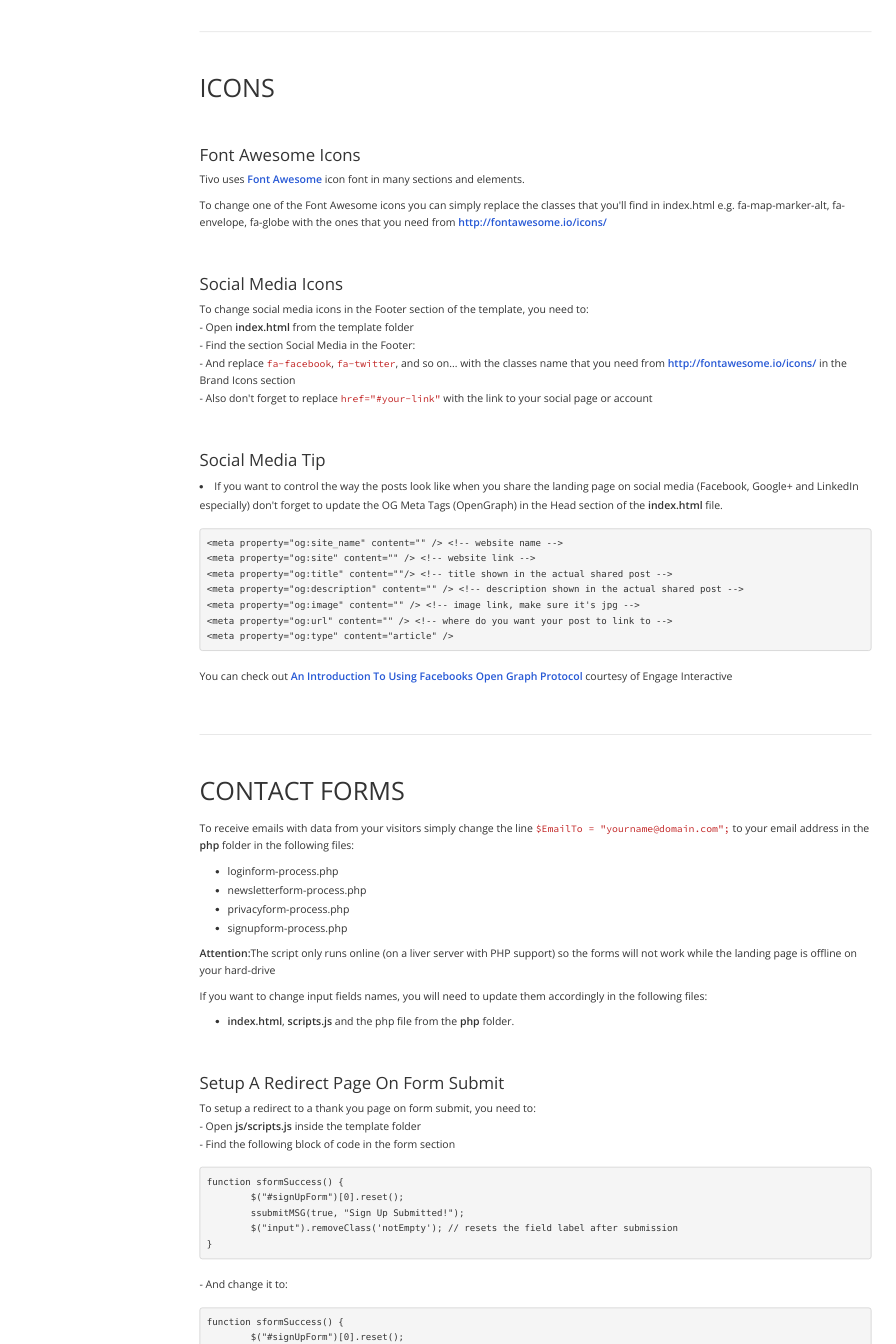
Repository: sibina-sto/tivo
Page: public/documentation/index.html
An editor plug-in stored every save of this project. The page is shown before and after a run of saves, followed by the edit.
The browser window is 1280 px wide. The pictures show the part of the page from y = 4227 to 6147 px (the page is 6656 px tall before and 6637 px after), at 70% of full size.

Above is the page before, as saved 2023-04-29 20:43:32.

### public/documentation/index.html
<!DOCTYPE html>
<html lang="en">
<head>

    <meta charset="utf-8">
    <meta http-equiv="X-UA-Compatible" content="IE=edge">
    <meta name="viewport" content="width=device-width, shrink-to-fit=no, initial-scale=1">
    <meta name="description" content="">
    <meta name="author" content="">
    <title>Documentation - Tivo SaaS App HTML Landing Page Template</title>

    <!-- Styles -->
	<link href="https://fonts.googleapis.com/css?family=Source+Code+Pro:300,400,600" rel="stylesheet">
	<link href="https://fonts.googleapis.com/css?family=Open+Sans:300,400,600" rel="stylesheet">
    <link href="css/bootstrap.min.css" rel="stylesheet">
    <link href="css/styles.css" rel="stylesheet">

    <!-- HTML5 Shim and Respond.js IE8 support of HTML5 elements and media queries -->
    <!-- WARNING: Respond.js doesn't work if you view the page via file:// -->
    <!--[if lt IE 9]>
        <script src="https://oss.maxcdn.com/libs/html5shiv/3.7.0/html5shiv.js"></script>
        <script src="https://oss.maxcdn.com/libs/respond.js/1.4.2/respond.min.js"></script>
    <![endif]-->

</head>
<body>
    <div id="wrapper">

        <!-- Sidebar -->
        <div id="sidebar-wrapper">
			<p>Tivo - Landing Page<br> Documentation</p>
            <ul class="sidebar-nav">
                <li class="sidebar-brand">
                </li>
                <li>
                    <a href="#introduction">INTRODUCTION</a>
                </li>
                <li>
                    <a href="#files">FILES STRUCTURE</a>
				</li>
				<li>
                    <a href="#images">IMAGES</a>
                </li>
                <li>
                    <a href="#icons">ICONS</a>
				</li>
				<li>
                    <a href="#forms">CONTACT FORMS</a>
                </li>
				<li>
                    <a href="#support">SUPPORT</a>
                </li>
            </ul>
        </div>
        <!-- end of sidebar wrapper -->


        <!-- Page Content -->
        <div id="page-content-wrapper">
            <div class="container-fluid">
                <div class="row">
                    <div id="introduction" class="col-lg-12">
                        <h1>INTRODUCTION</h1>
                        <p>Hello and thank you for using Tivo SaaS App HTML Landing Page Template. Tivo is an HTML landing page template built with Bootstrap featuring image slider, tabs, details lightbox, video lightbox, text slider, dropdown navigation, extra pages and working newsletter, sign up, log in forms.</p>
						<p>Built with Bootstrap 4, HTML5, CSS3, PHP and JavaScript it will help you achieve your online marketing goals in a beautiful and efficient manner.</p>
						<p>Frameworks and toolkits used: Bootstrap 4, Popper, jQuery, jQuery Easing, Validator, Magnific Popup, Swiper.</p>
						<p>You can edit the template's Html, Css, Php, Js files with your preferred text and code editor: <a href="https://notepad-plus-plus.org/">Notepad++</a>, <a href="https://code.visualstudio.com/">Visual Code</a>, <a href="https://www.sublimetext.com/">Sublime</a> or any other...</p>
						<p>For image editing you can use <a href="http://www.adobe.com/products/photoshop.html">Adobe Photoshop</a> or any other graphic editor of your choice.</p>
					</div> <!-- end of introduction -->


					<div class="col-lg-12"><hr></div> <!-- gray separator line -->


					<div id="files" class="col-lg-12">
                        <h1>FILES STRUCTURE</h1>
						<p>
							<b>Documentation</b> - is the folder of this help file.
							<br><b>Web</b> - contains the html, css, js and php files of the template.
						</p>
						<p><b>Web</b> folder includes <b>index.html</b> file which you will use to open the template and the extra pages: article-details.html, log-in.html, privacy-policy.html, sign-up.html and terms-conditions.html. Besides index.html, you will also find the following folders:
							<ul>
								<li><b>Css</b> - Bootstrap, Font Awesome, Magnific Popup, Swiper and the template's custom stylesheet styles.css</li>
								<li><b>Images</b> - Images used throughout the template including the favicon and logo</li>
								<li><b>Js</b> - JavaScript files for Bootstrap, Popper, jQuery, jQuery Easing, Magnific Popup, Swiper, Validator, and Tivo's custom scripts: scripts.js</li>
								<li><b>Php</b> - PHP script files for the contact forms</li>
								<li><b>Webfonts</b> - Font Awesome files</li>
							</ul>
						</p>
					</div> <!-- end of files structure -->


					<div class="col-lg-12"><hr></div> <!-- gray separator line -->


					<div id="images" class="col-lg-12">
						<h1>IMAGES</h1>
						<h3>Image Links</h3>
						<p>Here are the links to the images used throughout the template:
							<ul>
								<li>Header app vector: <a href="https://www.freepik.com/free-vector/link-building-concept_3507157.htm#page=1&query=interface&position=19">https://www.freepik.com/free-vector/link-building-concept_3507157.htm#page=1&query=interface&position=19</a></li>
								<li>Description icons: <a href="https://www.freepik.com/premium-vector/programming-coding-isometric-set_5059166.htm#page=1&query=software&position=13">https://www.freepik.com/premium-vector/programming-coding-isometric-set_5059166.htm#page=1&query=software&position=13</a></li>

								<li>Speakers: <a href="http://www.freepik.com/free-photo/close-up-of-pretty-woman-with-glasses-and-big-smile_898740.htm">http://www.freepik.com/free-photo/close-up-of-pretty-woman-with-glasses-and-big-smile_898740.htm</a></li>
								<li>Speakers: <a href="http://www.freepik.com/free-photo/serious-man-walking-through-the-city_940147.htm">http://www.freepik.com/free-photo/serious-man-walking-through-the-city_940147.htm</a></li>
								<li>Speakers: <a href="http://www.freepik.com/free-photo/clever-woman-writing-an-essay_857632.htm">http://www.freepik.com/free-photo/clever-woman-writing-an-essay_857632.htm</a></li>
								<li>Speakers: <a href="http://www.freepik.com/free-photo/thinking-man-with-a-coat_916622.htm">http://www.freepik.com/free-photo/thinking-man-with-a-coat_916622.htm</a></li>
								<li>Article details image large: <a href="https://www.pexels.com/photo/photo-of-imac-near-macbook-1029757/">https://www.pexels.com/photo/photo-of-imac-near-macbook-1029757/</a></li>
								<li>Article details image small: <a href="https://www.pexels.com/photo/apple-office-internet-ipad-38544/">https://www.pexels.com/photo/apple-office-internet-ipad-38544/</a></li>
							</ul>
						</p>

						<h3>Image Resources</h3>
						<p>You can find your own images while checking out the following free online sources:
							<ul>
								<li>Freepik: <a href="https://www.pexels.com/">https://www.freepik.com/home</a></li>
								<li>Pexels: <a href="https://www.pexels.com/">https://www.pexels.com/</a></li>
								<li>SplitShire: <a href="https://www.splitshire.com/">https://www.splitshire.com/</a></li>
								<li>StartupStockPhotos: <a href="http://startupstockphotos.com/">http://startupstockphotos.com/</a></li>
								<li>StockSnap: <a href="https://stocksnap.io/">https://stocksnap.io/</a></li>
								<li>ISO Republic: <a href="http://isorepublic.com/">http://isorepublic.com/</a></li>
								<li>Videezy: <a href="https://www.videezy.com/">https://www.videezy.com/</a> - for videos</li>
							</ul>
						</p>

						<h3>Changing The Logo</h3>
						<p>
							- Place your image file in the <b>images</b> folder
							<br>- Open for editing <b>index.html</b>
							<br>- Find <b>Navigation</b> section
							<br>- Here find this line of code:
<pre class="code-format">
&lt;a class=&quot;navbar-brand logo-image&quot; href=&quot;index.html&quot;&gt;&lt;img src=&quot;images/logo.svg&quot; alt=&quot;alternative&quot;&gt;&lt;/a&gt;
</pre>
							<br>- And replace <span class="code">logo.svg</span> with your new file name
							<br>- Save the file and refresh the browser window to see the changes
						</p>

						<h3>Curved SVG Background Frame</h3>
						<p>
							- Tivo uses an svg image as background decoration for some of the sections like Header and Footer
							<br>- This image doesn't come from an image file, instead it's generated by the following code found in index.html for each of <b>the above mentioned sections</b>
							<br>- For example here is the code for the <b>Header</b> section:
<pre class="code-format">
&lt;svg class=&quot;header-frame&quot; data-name=&quot;Layer 1&quot; xmlns=&quot;http://www.w3.org/2000/svg&quot; preserveAspectRatio=&quot;none&quot; viewBox=&quot;0 0 1920 310&quot;&gt;&lt;defs&gt;&lt;style&gt;.cls-1{fill:#5f4def;}&lt;/style&gt;&lt;/defs&gt;&lt;title&gt;header-frame&lt;/title&gt;&lt;path class=&quot;cls-1&quot; d=&quot;M0,283.054c22.75,12.98,53.1,15.2,70.635,14.808,92.115-2.077,238.3-79.9,354.895-79.938,59.97-.019,106.17,18.059,141.58,34,47.778,21.511,47.778,21.511,90,38.938,28.418,11.731,85.344,26.169,152.992,17.971,68.127-8.255,115.933-34.963,166.492-67.393,37.467-24.032,148.6-112.008,171.753-127.963,27.951-19.26,87.771-81.155,180.71-89.341,72.016-6.343,105.479,12.388,157.434,35.467,69.73,30.976,168.93,92.28,256.514,89.405,100.992-3.315,140.276-41.7,177-64.9V0.24H0V283.054Z&quot;/&gt;&lt;/svg&gt;
</pre>
							<br>- To change the <b>color</b> of the frame you can update the color code <span class="code">#5f4def</span> in this piece of code <span class="code">.cls-1{fill:#5f4def;}</span>
							<br>- There are also some properties controlled in <b>css/styles.css</b> with the <b>header-frame</b> and <b>footer-frame</b> classes in the following lines of code in the Header section
<pre class="code-format">
.header-frame {
	margin-top: -1px; /* To remove white margin in FF */
	width: 100%;
	height: 2.25rem;
}
</pre>
							<br>- And in the Footer section
<pre class="code-format">
.footer-frame {
	width: 100%;
	height: 1.5rem;
}
</pre>
							<br>- If you want to change the frame you can create it Adobe Illustrator or another vector software, export it, copy the code similar to the one above and replace the original code in index.html for each template section you want
							<br>- Don't forget to add the <b>frame-decorative</b> class to the index.html code and adjust the properties you need in styles.css
						</p>

						<h3>Changing Features Section Images</h3>
						<p>
							- Edit and save the image files in the <b>images</b> folder
							<br>- Open for editing <b>index.html</b>
							<br>- Find the section <b>Features</b> and the following lines of code
<pre class="code-format">
&lt;div class=&quot;image-container&quot;&gt;
	&lt;img class=&quot;img-fluid&quot; src=&quot;images/features-1.png&quot; alt=&quot;alternative&quot;&gt;
&lt;/div&gt; &lt;!-- end of image-container --&gt;
</pre>
							<br>- Here replace <span class="code">features-1.png</span> with your own file name
							<br>- Save the file and refresh the browser window to see the changes
							<br>- Repeat the steps above for all the tabs
							<br>- For optimum results with the least amount of work I recommend using the same image size as the original in the Live Preview
						</p>

						<h3>Changing Testimonial Section Images</h3>
						<p>
							- Edit and save the image files in the <b>images</b> folder
							<br>- Open for editing <b>index.html</b>
							<br>- Find the section <b>Testimonials</b> and the following lines of code
<pre class="code-format">
&lt;div class=&quot;image-wrapper&quot;&gt;
	&lt;img class=&quot;img-fluid&quot; src=&quot;images/testimonial-1.jpg&quot; alt=&quot;alternative&quot;&gt;
&lt;/div&gt; &lt;!-- end of image-wrapper --&gt;
</pre>
							<br>- Here replace <span class="code">testimonial-1.png</span> with your own file name
							<br>- Save the file and refresh the browser window to see the changes
							<br>- Repeat the steps above for all the slides
							<br>- For optimum results with the least amount of work I recommend using the same image size as the original in the Live Preview
						</p>
						<p>
							Tivo uses the Swiper plugin for the text slider. You can change settings like: time between slides, pause on hover, reactions to keyboard and others by visiting the plugins page: <a href="http://idangero.us/swiper/api/">http://idangero.us/swiper/api/</a> and adding them to the <b>Text Slider - Swiper</b> section in <b>js/scripts.js</b>
<pre class="code-format">
/* Text Slider - Swiper */
var textSlider = new Swiper('.text-slider', {
	autoplay: {
		delay: 6000,
		disableOnInteraction: false
	},
	loop: true,
	navigation: {
		nextEl: '.swiper-button-next',
		prevEl: '.swiper-button-prev'
	}
});
</pre>
						</p>
					</div> <!-- end of images -->


					<div class="col-lg-12"><hr></div> <!-- gray separator line -->


					<div id="icons" class="col-lg-12">
                        <h1>ICONS</h1>
						<h3>Font Awesome Icons</h3>
						<p>Tivo uses <a href="http://fontawesome.io/">Font Awesome</a> icon font in many sections and elements.
						<p>To change one of the Font Awesome icons you can simply replace the classes that you'll find in index.html e.g. fa-map-marker-alt, fa-envelope, fa-globe with the ones that you need from <a href="http://fontawesome.io/icons/">http://fontawesome.io/icons/</a></p>

						<h3>Social Media Icons</h3>
						<p>To change social media icons in the Footer section of the template, you need to:
							<br>- Open <b>index.html</b> from the template folder
							<br>- Find the section Social Media in the Footer:
							<br>- And replace <span class="code">fa-facebook</span>, <span class="code">fa-twitter</span>, and so on... with the classes name that you need from <a href="http://fontawesome.io/icons/">http://fontawesome.io/icons/</a> in the Brand Icons section
							<br>- Also don't forget to replace <span class="code">href="#your-link"</span> with the link to your social page or account
						</p>

						<h3>Social Media Tip</h3>
						<li>If you want to control the way the posts look like when you share the landing page on social media (Facebook, Google+ and LinkedIn especially) don't forget to update the OG Meta Tags (OpenGraph) in the Head section of the <b>index.html</b> file.
<pre class="code-format">
&lt;meta property="og:site_name" content="" /&gt; &lt;!-- website name --&gt;
&lt;meta property="og:site" content="" /&gt; &lt;!-- website link --&gt;
&lt;meta property="og:title" content=""/&gt; &lt;!-- title shown in the actual shared post --&gt;
&lt;meta property="og:description" content="" /&gt; &lt;!-- description shown in the actual shared post --&gt;
&lt;meta property="og:image" content="" /&gt; &lt;!-- image link, make sure it's jpg --&gt;
&lt;meta property="og:url" content="" /&gt; &lt;!-- where do you want your post to link to --&gt;
&lt;meta property="og:type" content="article" /&gt;
</pre>
						<br>You can check out <a href="http://engageinteractive.co.uk/blog/an-introduction-to-using-facebooks-open-graph-protocol">An Introduction To Using Facebooks Open Graph Protocol</a> courtesy of Engage Interactive</p>
                    </div> <!-- end of icons -->


					<div class="col-lg-12"><hr></div> <!-- gray separator line -->


					<div id="forms" class="col-lg-12">
                        <h1>CONTACT FORMS</h1>
                        <p>To receive emails with data from your visitors simply change the line <span class="code">$EmailTo = "yourname@domain.com";</span> to your email address in the <b>php</b> folder in the following files:</p>
						<ul>
							<li>loginform-process.php</li>
							<li>newsletterform-process.php</li>
							<li>privacyform-process.php</li>
							<li>signupform-process.php</li>
						</ul>
						<p><b>Attention:</b>The script only runs online (on a liver server with PHP support) so the forms will not work while the landing page is offline on your hard-drive</p>
						<p>If you want to change input fields names, you will need to update them accordingly in the following files:</p>
						<ul>
							<li><b>index.html</b>, <b>scripts.js</b> and the php file from the <b>php</b> folder.</li>
						</ul>

						<h3>Setup A Redirect Page On Form Submit</h3>
						<p>
							To setup a redirect to a thank you page on form submit, you need to:
							<br>- Open <b>js/scripts.js</b> inside the template folder
							<br>- Find the following block of code in the form section
<pre class="code-format">
function sformSuccess() {
	$("#signUpForm")[0].reset();
	ssubmitMSG(true, "Sign Up Submitted!");
	$("input").removeClass('notEmpty'); // resets the field label after submission
}
</pre>
							<br>- And change it to:
<pre class="code-format">
function sformSuccess() {
	$("#signUpForm")[0].reset();
	window.location.href = "https://yourlinkhere.com";
}
</pre>
							<br>- And replace inside the quotes <span class="code">https://yourlinkhere.com</span> with your link
						</p>
					</div> <!-- end of contact form and privacy policy form -->


					<div class="col-lg-12"><hr></div> <!-- gray separator line -->


					<div id="support" class="col-lg-12">
						<h1>SUPPORT</h1>
						<p><b>Premium items</b>: Support is taken very seriously and is offered via email lucian@inovatik.com for 12 months from the purchase date.</p>
						<p><b>Free items</b>: Because of limited resources at this point I am not able to provide support for free items but don't hesitate to send your questions at <a href="mailto:lucian@inovatik.com">lucian@inovatik.com</a> and I will try to help and at least point you in the right direction.</p>
					</div> <!-- end of support -->

					<div class="col-lg-12">
						<p class="footer">Tivo - Software Business HTML Landing Page Template by <a href="https://inovatik.com">Inovatik</a></p>
					</div>
                </div>
            </div>
        </div> <!-- end of page content wrapper -->
    </div> <!-- end of wrapper -->


    <!-- Scripts Libraries -->
    <script src="js/jquery.js" type="text/javascript"></script>
    <script src="js/bootstrap.min.js" type="text/javascript"></script>


	<!-- Custom Scripts -->
    <script>
    <!-- Menu Toggle Script -->
	$("#menu-toggle").click(function(e) {
        e.preventDefault();
        $("#wrapper").toggleClass("toggled");
    });

	/* Smooth Scrolling To Anchors  */
		$(function() {
			$('a[href*="#"]:not([data-toggle="tab"])').click(function() {
				if (location.pathname.replace(/^\//,'') == this.pathname.replace(/^\//,'') && location.hostname == this.hostname) {
					var target = $(this.hash);
					target = target.length ? target : $('[name=' + this.hash.slice(1) +']');
					if (target.length) {
						$('html, body').animate({
							scrollTop: target.offset().top
						}, 700);
						return false;
					}
				}
			});
		});
	</script>

</body>
</html>

### public/documentation/css/styles.css
/**************************/
/*     General Styles     */
/**************************/
body {
	overflow-x: hidden;
	font: 400 15px/1.8em "Open Sans", sans-serif;
}

p {
	font: 400 15px/1.7em "Open Sans", sans-serif;
}

h1 {
	margin-bottom: 20px;
}

h3 {
	margin-top: 62px;
}

a {
	color: #2658d5;
	font-weight: 600;
	text-decoration: none;
}

a:hover {
	text-decoration: none;
}

hr {
	margin-top: 60px;
	margin-bottom: 40px;
}

pre.code-format {
	max-width: 1000px;
	line-height:1.7em;
	white-space: pre-wrap;       /* Since CSS 2.1 */
    white-space: -moz-pre-wrap;  /* Mozilla, since 1999 */
    white-space: -pre-wrap;      /* Opera 4-6 */
    white-space: -o-pre-wrap;    /* Opera 7 */
    word-wrap: break-word;       /* Internet Explorer 5.5+ */
	margin-top: 20px;
	margin-bottom: -5px;
}



/************************/
/*     Page Content     */
/************************/
#wrapper {
    padding-left: 0;
    -webkit-transition: all 0.5s ease;
    -moz-transition: all 0.5s ease;
    -o-transition: all 0.5s ease;
    transition: all 0.5s ease;
}

#wrapper.toggled {
    padding-left: 250px;
}

#sidebar-wrapper {
    z-index: 1000;
    position: fixed;
    left: 250px;
    width: 0;
    height: 100%;
    margin-left: -250px;
    overflow-y: auto;
    background: #000;
    -webkit-transition: all 0.5s ease;
    -moz-transition: all 0.5s ease;
    -o-transition: all 0.5s ease;
    transition: all 0.5s ease;
}

#sidebar-wrapper p {
	display: block;
	color: #fff;
	font-size: 22px;
	margin-left: 20px;
	margin-top: 40px;
}

#wrapper.toggled #sidebar-wrapper {
    width: 250px;
}

#page-content-wrapper {
    width: 100%;
    position: absolute;
    padding: 15px;
}

#page-content-wrapper .code {
	font: 400 14px/1.6em "Source Code Pro", sans-serif;
	color: #c22525;
}

#page-content-wrapper hr {
	border-top: 1px solid #dfdfdf;
}

#wrapper.toggled #page-content-wrapper {
    position: absolute;
    margin-right: -250px;
}

.separator {
	margin-bottom: 15px;
}

.footer {
	margin-top: 60px;
	color: grey;
}


/**************************/
/*     Sidebar Styles     */
/**************************/
.sidebar-nav {
    position: absolute;
    top: 0;
    width: 250px;
    margin: 0;
    padding: 0;
    list-style: none;
}

.sidebar-nav li {
    padding-top: 0.5rem;
    padding-bottom: 0.5rem;
}

.sidebar-nav li a {
    padding-left: 20px;
    line-height: 20px;
}

.sidebar-nav li a {
    display: inline-block;
    text-decoration: none;
    color: #999999;
}

.sidebar-nav li:hover {
    text-decoration: none;
    background: rgba(255,255,255,0.2);
}

.sidebar-nav li:hover a {
    color: #fff;
}

.sidebar-nav li a:active,
.sidebar-nav li a:focus {
	color: #fff;
}

.sidebar-nav > .sidebar-brand {
    font-size: 18px;
    line-height: 22px;
	margin-top: 140px;
	color: #fff;
	text-align: left;
}

.sidebar-nav > .sidebar-brand a {
    color: #999999;
}

.sidebar-nav > .sidebar-brand a:hover {
    color: #fff;
    background: none;
}


/*************************/
/*     Media Queries     */
/*************************/
@media(min-width:768px) {
    #wrapper {
        padding-left: 250px;
    }

    #wrapper.toggled {
        padding-left: 0;
    }

    #sidebar-wrapper {
        width: 250px;
    }

    #wrapper.toggled #sidebar-wrapper {
        width: 0;
    }

    #page-content-wrapper {
        padding: 20px;
        position: relative;
    }

    #wrapper.toggled #page-content-wrapper {
        position: relative;
        margin-right: 0;
    }
}

Loaded but not shown: public/documentation/css/bootstrap.min.css (library); public/documentation/js/jquery.js (library); public/documentation/js/bootstrap.min.js (library)

After the next 2 saves:
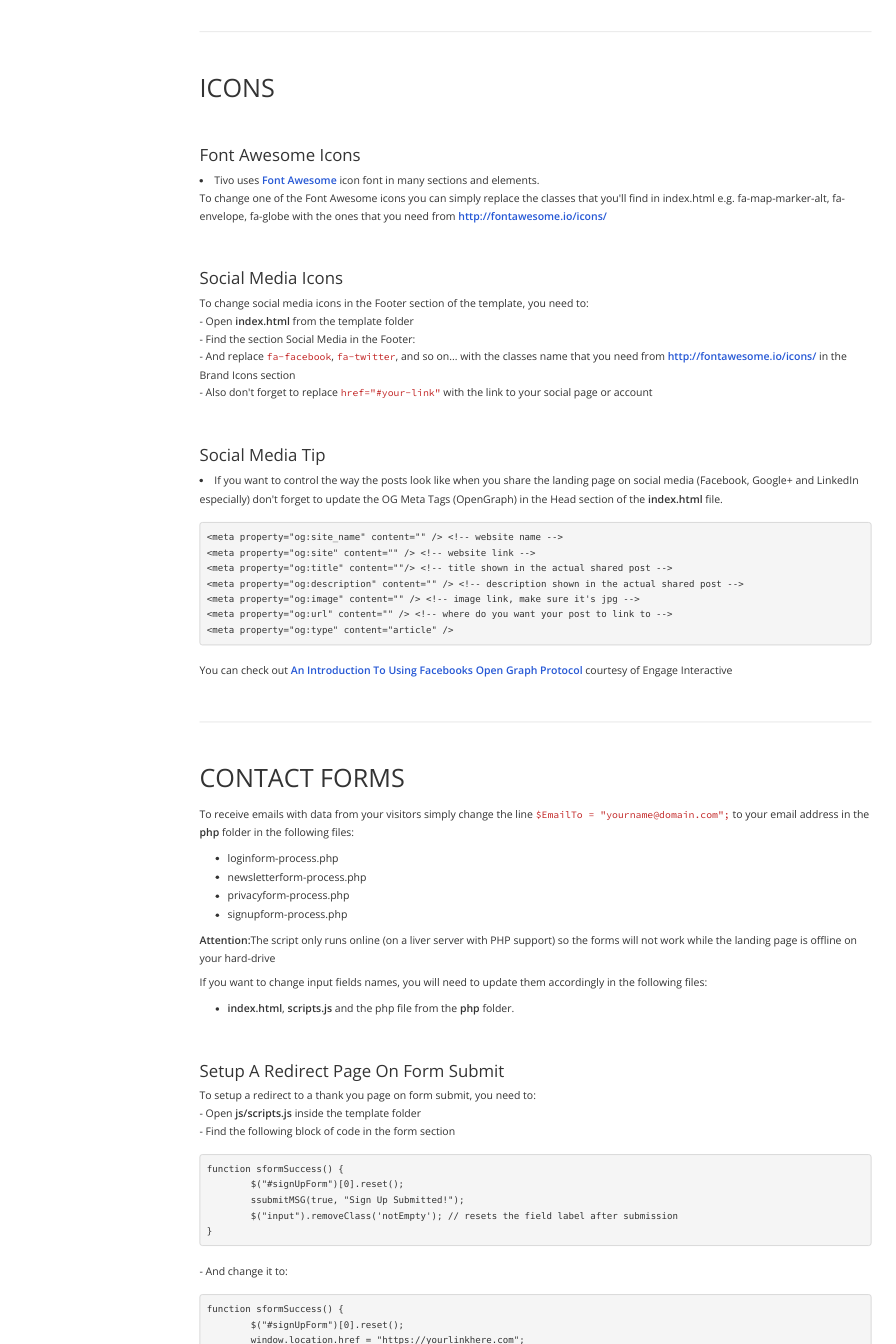
The 2 saves are shown as one change because they came seconds apart.
The last was saved 21 s later.
--- a/public/documentation/index.html
+++ b/public/documentation/index.html
@@ -221,7 +221,7 @@ var textSlider = new Swiper('.text-slider', {
 					<div id="icons" class="col-lg-12">
                         <h1>ICONS</h1>
 						<h3>Font Awesome Icons</h3>
-						<p>Tivo uses <a href="http://fontawesome.io/">Font Awesome</a> icon font in many sections and elements.
+						<li>Tivo uses <a href="http://fontawesome.io/">Font Awesome</a> icon font in many sections and elements.
 						<p>To change one of the Font Awesome icons you can simply replace the classes that you'll find in index.html e.g. fa-map-marker-alt, fa-envelope, fa-globe with the ones that you need from <a href="http://fontawesome.io/icons/">http://fontawesome.io/icons/</a></p>
 
 						<h3>Social Media Icons</h3>
@@ -243,7 +243,7 @@ var textSlider = new Swiper('.text-slider', {
 &lt;meta property="og:url" content="" /&gt; &lt;!-- where do you want your post to link to --&gt;
 &lt;meta property="og:type" content="article" /&gt;
 </pre>
-						<br>You can check out <a href="http://engageinteractive.co.uk/blog/an-introduction-to-using-facebooks-open-graph-protocol">An Introduction To Using Facebooks Open Graph Protocol</a> courtesy of Engage Interactive</p>
+						<br>You can check out <a href="http://engageinteractive.co.uk/blog/an-introduction-to-using-facebooks-open-graph-protocol">An Introduction To Using Facebooks Open Graph Protocol</a> courtesy of Engage Interactive</li>
                     </div> <!-- end of icons -->
 
 
